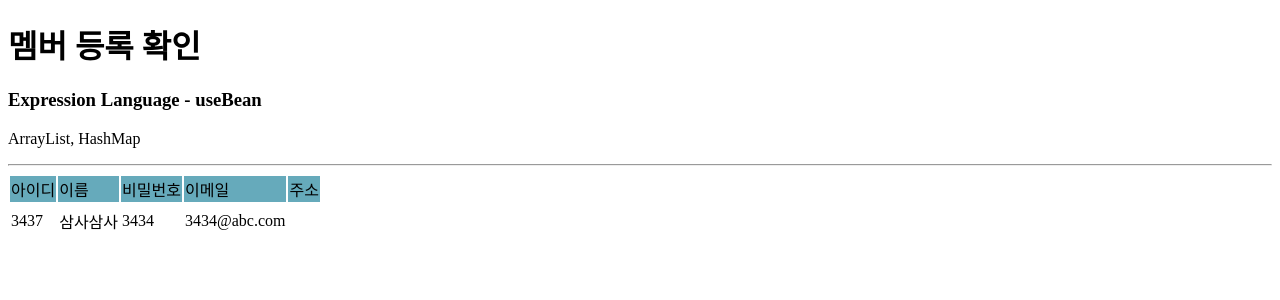
Repository: jsb5589/JAVAStudy
Page: http://localhost/JSP04/members/member5.jsp
An editor plug-in stored every save of this project. The page is shown before and after the next save, followed by the edit.
The browser window is 1280 px wide. The pictures show the whole page.
The page is served by Tomcat 9. Other server files are loaded and not shown.

Above is the page before, as saved 2021-08-12 08:36:26.

### EZWebs/JSP04/src/main/webapp/members/member5.jsp
<%@ page language="java" contentType="text/html; charset=UTF-8"
	import="members.*"
	import="java.util.*"
    pageEncoding="UTF-8" isELIgnored="false"%>

<%
	request.setCharacterEncoding("UTF-8");
%>

<jsp:useBean id="member" class="members.MemberVO"/>
<jsp:setProperty name="member" property="*"/>
<jsp:useBean id="memberList" class="java.util.ArrayList"/>
<jsp:useBean id="memberMap" class="java.util.HashMap"/>

<%
	MemberVO member2 = new MemberVO("3437", "삼사삼사", "3434", "3434@abc.com");
	memberList.add(member);
	memberList.add(member2);

	memberMap.put("memberList", memberList);
%>
<!DOCTYPE html>
<html>
<head>
	<meta charset="UTF-8">
	<title>멤버 등록 및 조회</title>
</head>
<body>
	<h1>멤버 등록 확인</h1>
	<h3>Expression Language - useBean</h3>
	<p>ArrayList, HashMap</p>
	<hr>
	<table>
		<tr bgcolor="66aabb">
			<td>아이디</td>
			<td>이름</td>
			<td>비밀번호</td>
			<td>이메일</td>
			<td>주소</td>
		</tr>
		<tr>
			<td>${memberMap.memberList[0].mid}</td>
			<td>${memberMap.memberList[0].mname}</td>
			<td>${memberMap.memberList[0].pwd}</td>
			<td>${memberMap.memberList[0].email}</td>
		</tr>
		<tr>
			<td>${memberMap.memberList[1].mid}</td>
			<td>${memberMap.memberList[1].mname}</td>
			<td>${memberMap.memberList[1].pwd}</td>
			<td>${memberMap.memberList[1].email}</td>
		</tr>
		<tr>
			<td>${param.mid}</td>
			<td>${param.mname}</td>
			<td>${param.pwd}</td>
			<td>${param.email}</td>
		</tr>
	</table>
</body>
</html>

### EZWebs/JSP04/src/main/java/members/MemberVO.java
/*
 * MemberVO Value Object
 */
package members;

import java.sql.Date;

public class MemberVO {
	private String mid;
	private String mname;
	private String pwd;
	private String email;
	private Date regdate;

	public MemberVO() {}

	public MemberVO(String mid, String mname, String pwd, String email) {
		this.mid = mid;
		this.mname = mname;
		this.pwd = pwd;
		this.email = email;
	}

	public String getMid() {
		return mid;
	}
	public void setMid(String mid) {
		this.mid = mid;
	}
	public String getMname() {
		return mname;
	}
	public void setMname(String mname) {
		this.mname = mname;
	}
	public String getPwd() {
		return pwd;
	}
	public void setPwd(String pwd) {
		this.pwd = pwd;
	}
	public String getEmail() {
		return email;
	}
	public void setEmail(String email) {
		this.email = email;
	}
	public Date getRegdate() {
		return regdate;
	}
	public void setRegdate(Date regdate) {
		this.regdate = regdate;
	}

}

After the next save:
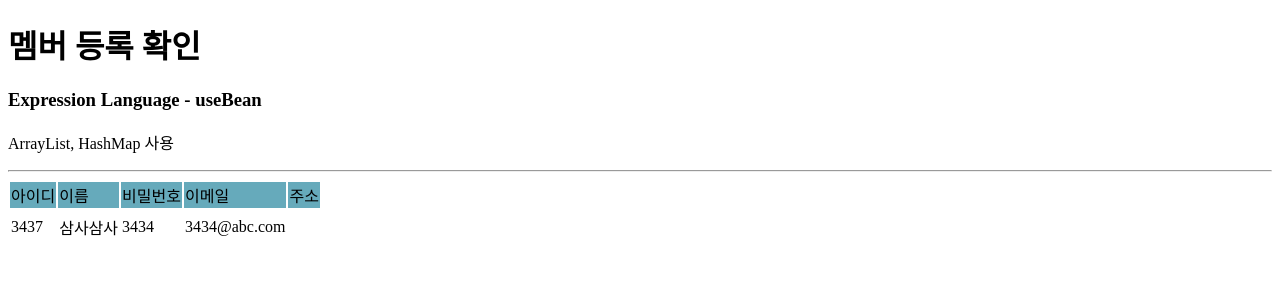
Saved 16 s later.
--- a/EZWebs/JSP04/src/main/webapp/members/member5.jsp
+++ b/EZWebs/JSP04/src/main/webapp/members/member5.jsp
@@ -28,7 +28,7 @@
 <body>
 	<h1>멤버 등록 확인</h1>
 	<h3>Expression Language - useBean</h3>
-	<p>ArrayList, HashMap</p>
+	<p>ArrayList, HashMap 사용</p>
 	<hr>
 	<table>
 		<tr bgcolor="66aabb">
